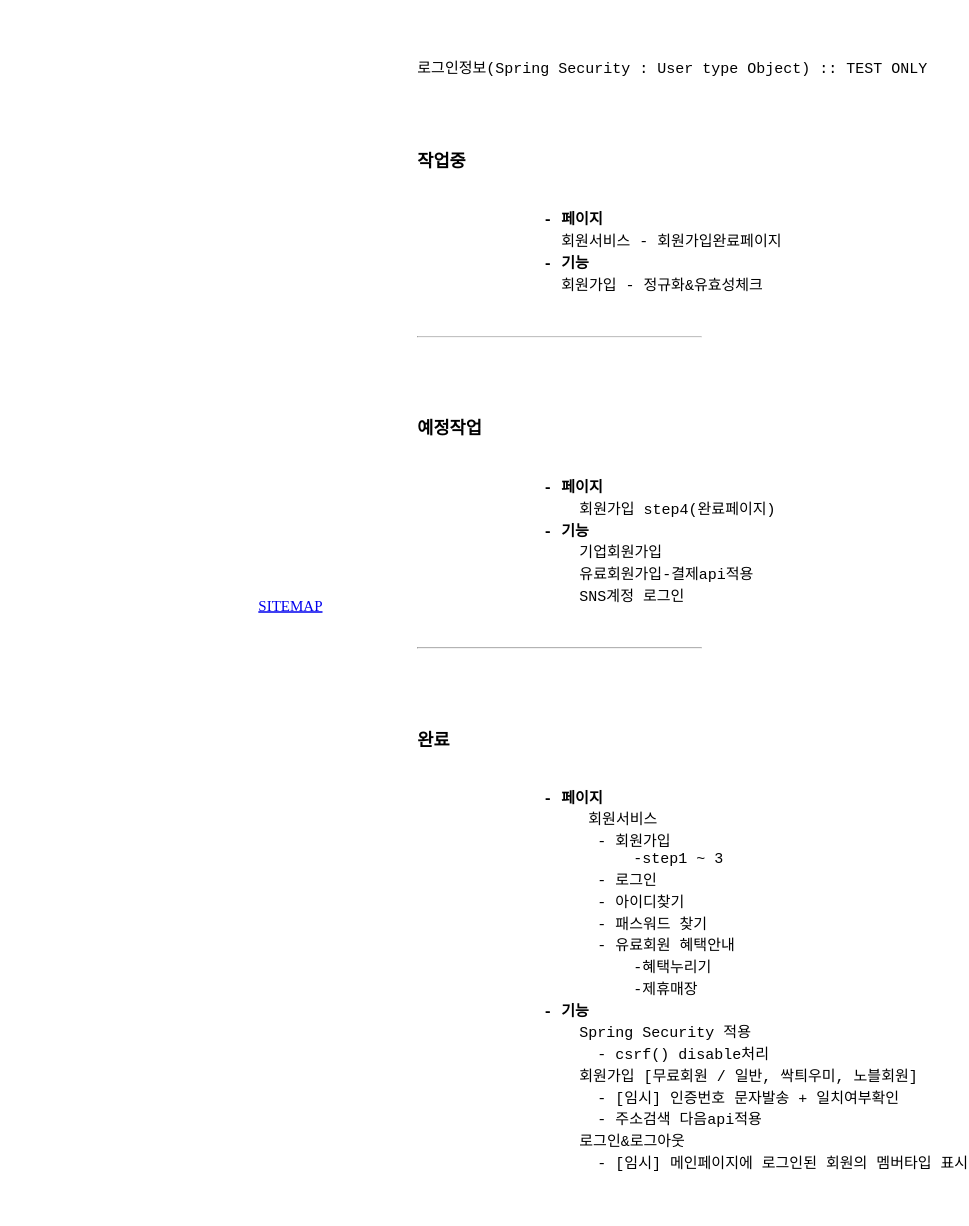
Repository: Seunghyun-N-OH/clone-sac
Page: src/main/resources/templates/index.html
These files come from the project's save history. The page is drawn as it stood at one moment and after the next save; the edit follows.
The browser window is 1280 px wide. The page is 1292 px wide, so the pictures cover 1292 px, including what lies to the right of the window. The pictures show the whole page, at 75% of full size.

Above is the page before, as saved 2022-01-21 16:56:32.

### src/main/resources/templates/index.html
<!DOCTYPE html>
<html lang="en" xmlns:th="http://www.thymeleaf.org" xmlns:sec="http://www.thymeleaf.org/extras/spring-security">
  <head>
    <th:block th:insert="/fragments/global::head-links"/>
    <title>Document</title>
  </head>
  <body>
    <th:block th:insert="~{/fragments/global::global(~{this::main})}">
      <main>
        <div class="pageContents" style="display:flex;justify-content: center; font-size : 20px;text-align: center;align-items: center;">
          <div style="margin-right : 10%">
            <a href="/sitemap" class="red-border red-font">SITEMAP</a>
          </div>
          <pre style="width : 30%;text-align: left;">

            <div sec:authorize="isAuthenticated()" style="display:flex; flex-direction : column ; justify-content: center;align-items: flex-start;">
              <span>로그인정보(Spring Security : User type Object) :: TEST ONLY</span>
              <span sec:authentication="principal"></span>
            </div>

            <h3>작업중</h3>
              <strong>- 페이지</strong>
                <span class="red-font">회원서비스 - 회원가입완료페이지</span>
              <strong>- 기능</strong>
                <span class="red-font">회원가입 - 정규화&유효성체크</span>

                <hr>

            <h3>예정작업</h3>
              <strong>- 페이지</strong>
                  <span class="red-font">회원가입 step4(완료페이지)</span>
              <strong>- 기능</strong>
                  <span class="red-font">기업회원가입</span>
                  <span class="red-font">유료회원가입-결제api적용</span>
                  <span class="red-font">SNS계정 로그인</span>

                  <hr>

            <h3>완료</h3>
              <strong>- 페이지</strong>
                   회원서비스
                    - 회원가입
                        -step1 ~ 3
                    - 로그인
                    - 아이디찾기
                    - 패스워드 찾기
                    - 유료회원 혜택안내
                        -혜택누리기
                        -제휴매장
              <strong>- 기능</strong>
                  Spring Security 적용
                    - csrf() disable처리
                  회원가입 [무료회원 / 일반, 싹틔우미, 노블회원]
                    - [임시] 인증번호 문자발송 + 일치여부확인
                    - 주소검색 다음api적용
                  로그인&로그아웃
                    - [임시] 메인페이지에 로그인된 회원의 멤버타입 표시
          </pre>
        </div>
      </main>
    </th:block>
  </body>
</html>

After the next save:
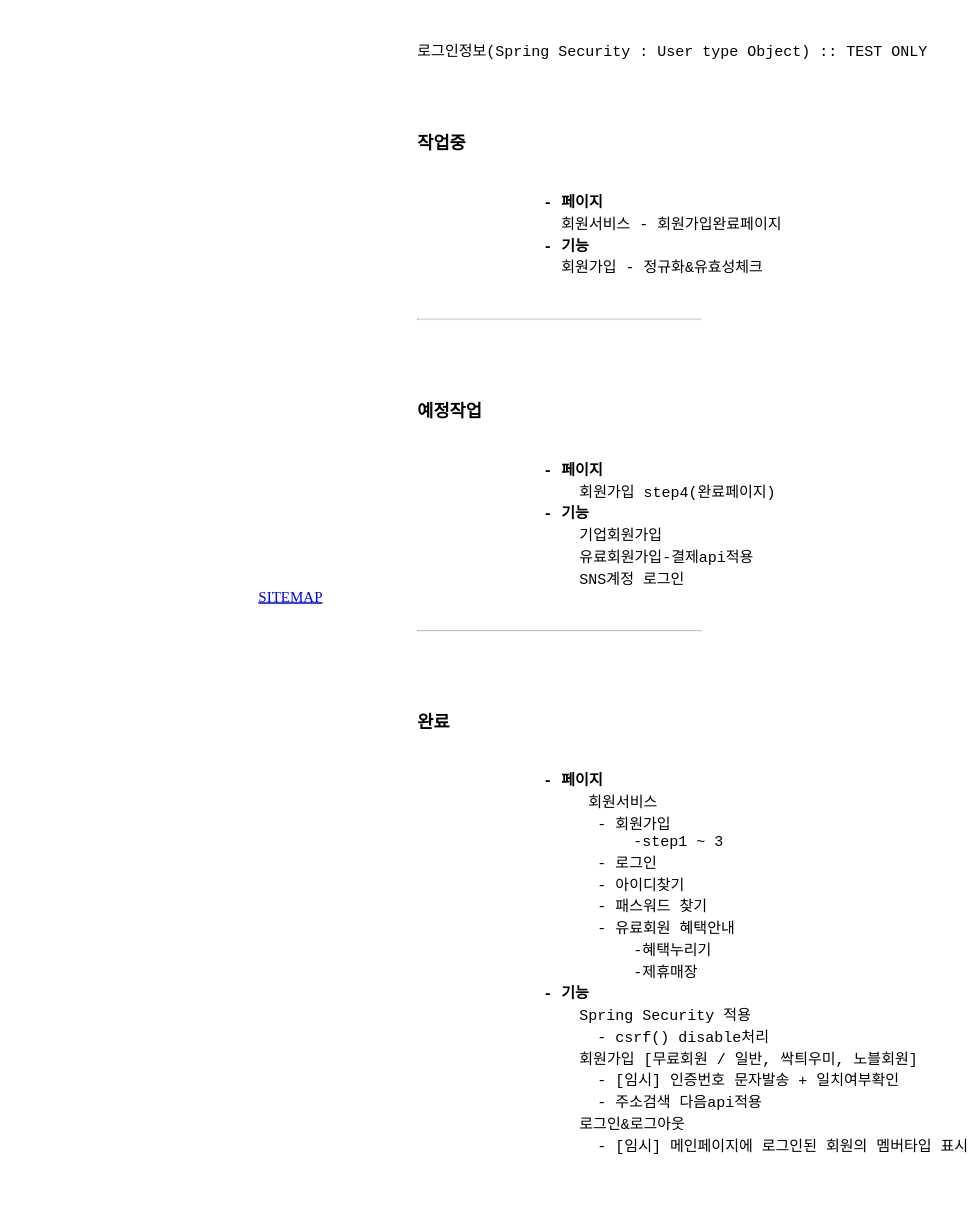
Saved 2 min 41 s later.
--- a/src/main/resources/templates/index.html
+++ b/src/main/resources/templates/index.html
@@ -12,7 +12,6 @@
             <a href="/sitemap" class="red-border red-font">SITEMAP</a>
           </div>
           <pre style="width : 30%;text-align: left;">
-
             <div sec:authorize="isAuthenticated()" style="display:flex; flex-direction : column ; justify-content: center;align-items: flex-start;">
               <span>로그인정보(Spring Security : User type Object) :: TEST ONLY</span>
               <span sec:authentication="principal"></span>
